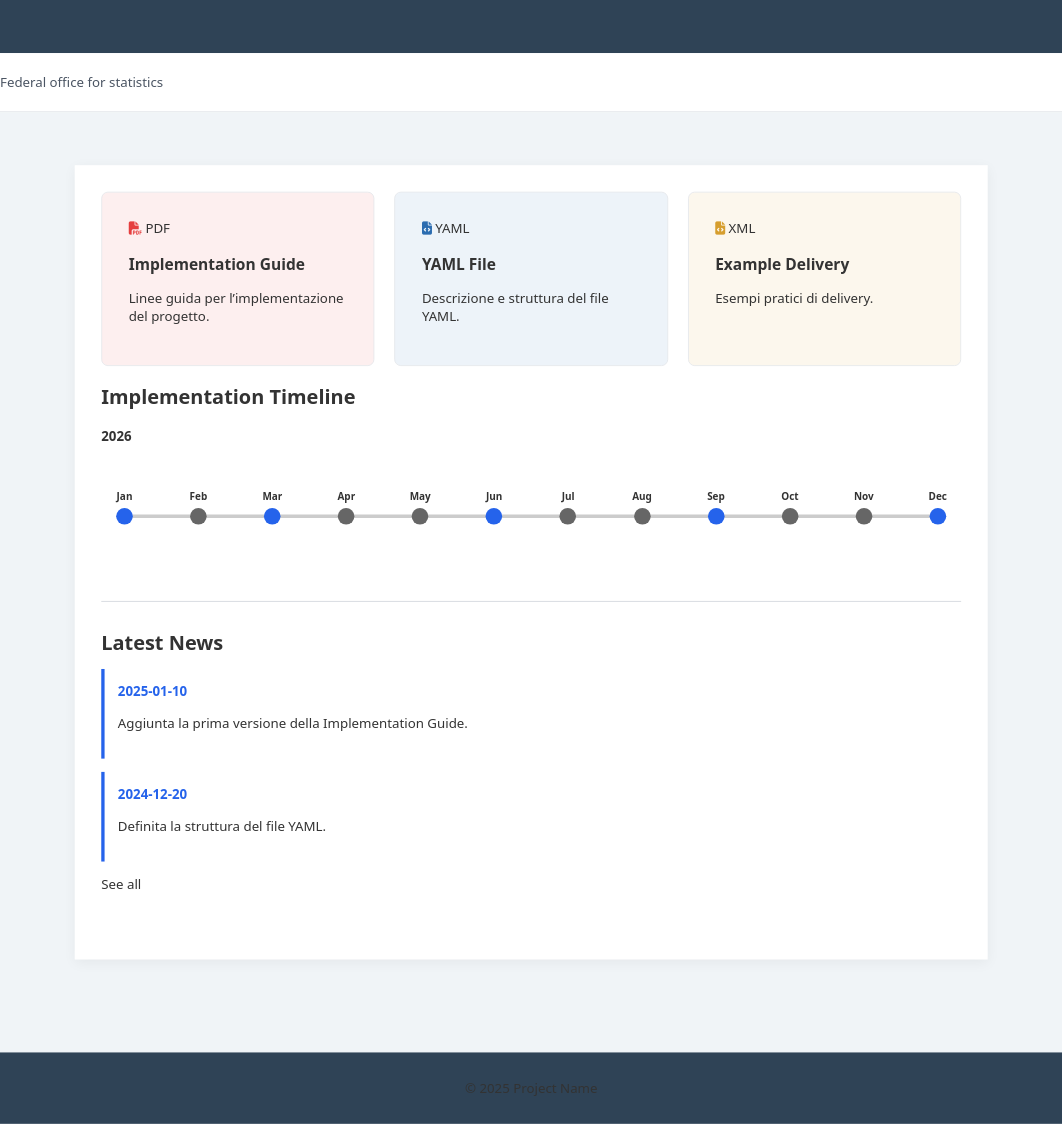
Repository: bfspoku/ech-0252-docs
Page: index.html
The author's editor kept a copy of each file at every save. The page is drawn from the files as they stood at one save, then again after the next save.
The browser window is 1280 px wide. The pictures show the whole page, at 83% of full size.

Above is the page before, as saved 2025-12-17 09:59:42.

### index.html
<!-- LINK FOR FONTS -->
<link rel="preconnect" href="https://fonts.googleapis.com">
<link rel="preconnect" href="https://fonts.gstatic.com" crossorigin>
<link href="https://fonts.googleapis.com/css2?family=Noto+Sans:ital,wght@0,400;0,600;0,700;1,400&display=swap" rel="stylesheet">
<!-- LINK FOR SVG -->
<link rel="stylesheet" href="https://cdnjs.cloudflare.com/ajax/libs/font-awesome/6.5.0/css/all.min.css">

<!DOCTYPE html>
<html lang="it">
<head>
  <meta charset="UTF-8">
  <title>eCH implementation guide</title>
  <link rel="stylesheet" href="css/style.css">
</head>
<body>

<header>

</header>

<section class="sub-banner">
      <p>Federal office for statistics</p>
</section>


<main>
    <section class = "wrapper">

        <!-- CARDS -->
        <section class="cards">
            <a class="card" href="ech-0252-guide.html" style="background-color: #e53e3e15;">
            <i class="fas fa-file-pdf" style="color:#E53E3E;"></i> PDF
            <h3>Implementation Guide</h3>
            <p>Linee guida per l’implementazione del progetto.</p>
            </a>

            <a class="card" href="ech-0252-yaml.html" style="background-color: #2b6bb015;">
            <i class="fas fa-file-code" style="color:#2B6CB0;"></i> YAML
            <h3>YAML File</h3>
            <p>Descrizione e struttura del file YAML.</p>
            </a>

            <a class="card" href="ech-0252-example.html" style="background-color: #D69E2E15;">
            <i class="fas fa-file-code" style="color:#D69E2E;"></i> XML
            <h3>Example Delivery</h3>
            <p>Esempi pratici di delivery.</p>
            </a>
        </section>

        <!-- INFORMATION -->
        <section class="information">

            <h2> Implementation Timeline<h2>
            <p>2026</p>
                <div class="timeline-container">
                    <div class="timeline-line"></div>

                    <div class="months">
                      <div class="month-point">
                        <span class="month-label">Jan</span>
                      </div>
                      <div class="month-point">
                        <span class="month-label">Feb</span>
                      </div>
                      <div class="month-point">
                        <span class="month-label">Mar</span>
                      </div>
                      <div class="month-point">
                        <span class="month-label">Apr</span>
                      </div>
                      <div class="month-point">
                        <span class="month-label">May</span>
                      </div>
                      <div class="month-point">
                        <span class="month-label">Jun</span>
                      </div>
                      <div class="month-point">
                        <span class="month-label">Jul</span>
                      </div>
                      <div class="month-point">
                        <span class="month-label">Aug</span>
                      </div>
                      <div class="month-point">
                        <span class="month-label">Sep</span>
                      </div>
                      <div class="month-point">
                        <span class="month-label">Oct</span>
                      </div>
                      <div class="month-point">
                        <span class="month-label">Nov</span>
                      </div>
                      <div class="month-point">
                        <span class="month-label">Dec</span>
                      </div>
                    </div>
                  </div>


                  <!-- Popup -->
                  <div class="popup" id="popup"></div>

                  <script src="js/script.js"></script>

            <div class="divider"></div>

            <h2>Latest News</h2>

            <ul class="updates">
            <li>
                <span class="date">2025-01-10</span>
                <p>Aggiunta la prima versione della Implementation Guide.</p>
            </li>
            <li>
                <span class="date">2024-12-20</span>
                <p>Definita la struttura del file YAML.</p>
            </li>
            </ul>
            <p>See all</p>
        </section>

    </section>

</main>

<footer>
  <p>© 2025 Project Name</p>
</footer>

</body>
</html>

### css/style.css
body {
    font-family: 'Noto Sans', system-ui, -apple-system, BlinkMacSystemFont,
    'Segoe UI', Roboto, Ubuntu, Cantarell, 'Helvetica Neue',
    Arial, sans-serif;
    margin: 0;
    background: #f0f4f7;
    color: #333;
  }

  header {
    background: #2f4356;
    color: white;
    padding: 2rem;
  }

  /* SUB-BANNER */
  .sub-banner {
    background-color: white;   /* bianco puro */
    padding: 1.5rem 0;         /* verticale */
    border-bottom: 1px solid #e5e7eb; /* linea di separazione */
  }

  .sub-banner h2 {
    margin: 0 0 0.5rem 0;
    font-weight: 600;
    color: #111827;
  }

  .sub-banner p {
    margin: 0;
    color: #4b5563;
    font-size: 16px;
  }

  main {
    padding: 2rem;
    max-width: 1100px;
    margin: auto;
  }

  h1, h2 {
    margin-bottom: 1rem;
  }

  .divider {
    width: 100%;             /* prende tutta la larghezza della wrapper o del container */
    height: 1px;             /* spessore della linea */
    background: #d1d5db;
    margin: 2rem 0;          /* spazio sopra e sotto */
    border: none;
  }

  /* Main wrapper for all the pages */
  .wrapper {
    max-width: 1100px;      /* larghezza massima */
    margin: 2rem auto;      /* centrato orizzontalmente, margine verticale */
    padding: 2rem;          /* spazio interno */
    background-color: #ffffff;  /* bianco-beige chiaro */
    box-shadow: 0 4px 15px rgba(0,0,0,0.05); /* leggero effetto profondità */
  }

  /* INFORMATION */
  .information {
    margin-bottom: 3rem;
  }

  .information p {
    font-size: 16px;
  }

  .updates {
    list-style: none;
    padding: 0;
  }

  .updates li {
    background: white;
    padding: 1rem;
    border-left: 4px solid #2563eb;
    margin-bottom: 1rem;
  }

  .date {
    font-weight: bold;
    color: #2563eb;
  }

  /* CARDS */
  .cards {
    display: grid;
    grid-template-columns: repeat(auto-fit, minmax(250px, 1fr));
    gap: 1.5rem;
  }

  .card {
    background: #e4e5e7;
    padding: 2rem;
    text-decoration: none;
    color: inherit;
    border: 1px solid #e5e7eb;
    border-radius: 8px;
    transition: transform 0.2s, box-shadow 0.2s;
  }

  .card:hover {
    transform: translateY(-5px);
    box-shadow: 0 10px 20px rgba(0,0,0,0.1);
  }

  footer {
    text-align: center;
    padding: 1rem;
    background: #2f4356;
    margin-top: 3rem;
  }

  /* TIMELINE */
  .timeline-container {
    position: relative;
    width: 100%;
    max-width: 1000px;
    margin: auto;
    padding: 60px 0;
  }

  .timeline-line {
    position: absolute;
    top: 50%;
    left: 0;
    width: 100%;
    height: 4px;
    background-color: #ccc;
    border-radius: 2px;
    transform: translateY(-50%);
  }

  .months {
    display: flex;
    justify-content: space-between;
    position: relative;
    z-index: 1;
  }

  .month-point {
    width: 20px;
    height: 20px;
    background-color: #666;
    border-radius: 50%;
    position: relative;
    cursor: default;
  }

  .month-point-active{
      width: 20px;
      height: 20px;
      background-color:  #2563eb;
      border-radius: 50%;
      position: relative;
      cursor: default;
  }

  .month-point-active:hover {
    background-color: #0853f6;
  }

  .month-label {
    position: absolute;
    bottom: 100%;
    left: 50%;
    transform: translateX(-50%);
    font-size: 12px;
    color: #333;
    margin-bottom: 6px;
  }

  /* Eventi dinamici */
  .event {
    position: absolute;
    width: 16px;
    height: 16px;
    background-color: #28a745; /* verde */
    border-radius: 50%;
    top: -8px; /* sopra la linea dei mesi */
    cursor: pointer;
    transform: translateX(-50%);
    z-index: 2;
  }

  #popup {
    position: absolute;
    width: 250px;      /* larghezza quadrata */
    height: 250px;     /* altezza quadrata */
    background: #e4e5e7;
    color: #000;
    display: none;
    text-decoration: none;
    text-align: center;
    padding: 10px;
    box-sizing: border-box;
    pointer-events: none;
    font-size: 14px;
    line-height: 1.4;
    box-shadow: 0 4px 10px rgba(0,0,0,0.1);
    z-index: 100;
    border-radius: 8px;
    border: 1px solid #e5e7eb;
    transition: transform 0.2s, box-shadow 0.2s;
  }

  .popup-line {
    display: block;       /* simula un <br> */
    margin-bottom: 8px;   /* distanza tra le righe */
    color: #333;          /* colore diverso se vuoi */
  }

  .popup-line h1 {
    font-size: 14px;
    font-weight: bold;
  }

  .popup-line p {
    font-size: 12px;
    font-weight: normal;
  }

### js/script.js
const months = document.querySelectorAll('.months .month-point');
const eventsData = [
  { "month": "Jan", "title": "This is a title", "message": "This is an event in January" },
  { "month": "Mar", "title": "This is a title", "message": "Event in March" },
  { "month": "Jun", "title": "This is a title", "message": "Event in June" },
  { "month": "Sep", "title": "This is a title", "message": "Event in September" },
  { "month": "Dec", "title": "This is a title", "message": "Event in December" }
];

const popup = document.getElementById('popup');

// Cicla su tutti i mesi
months.forEach(monthEl => {
  const monthLabel = monthEl.querySelector('.month-label').textContent;

  // Trova eventi per questo mese
  const monthEvents = eventsData.filter(evt => evt.month === monthLabel);

  if (monthEvents.length > 0) {
    // Cambia classe del mese
    monthEl.classList.add('month-point-active');
    monthEl.classList.remove('month-point'); // opzionale

    // Popup al passaggio del mouse
    monthEl.addEventListener('mouseenter', () => {
    popup.innerHTML = monthEvents.map(e =>
      `<div class="popup-line">
        <h1>${e.title}</h1><br>
        <p>${e.message}</p>
      </div>`).join('');
      popup.style.display = 'block';
      const rect = monthEl.getBoundingClientRect();

      // Posizione sotto la timeline
      popup.style.top = rect.bottom + 10 + window.scrollY + 'px'; // 10px sotto il puntino
      popup.style.left = rect.left + rect.width / 2 + window.scrollX + 'px';
      popup.style.transform = 'translateX(-50%)'; // centrato rispetto al mese
    });

    monthEl.addEventListener('mouseleave', () => {
      popup.style.display = 'none';
    });
  }
});

After the next save:
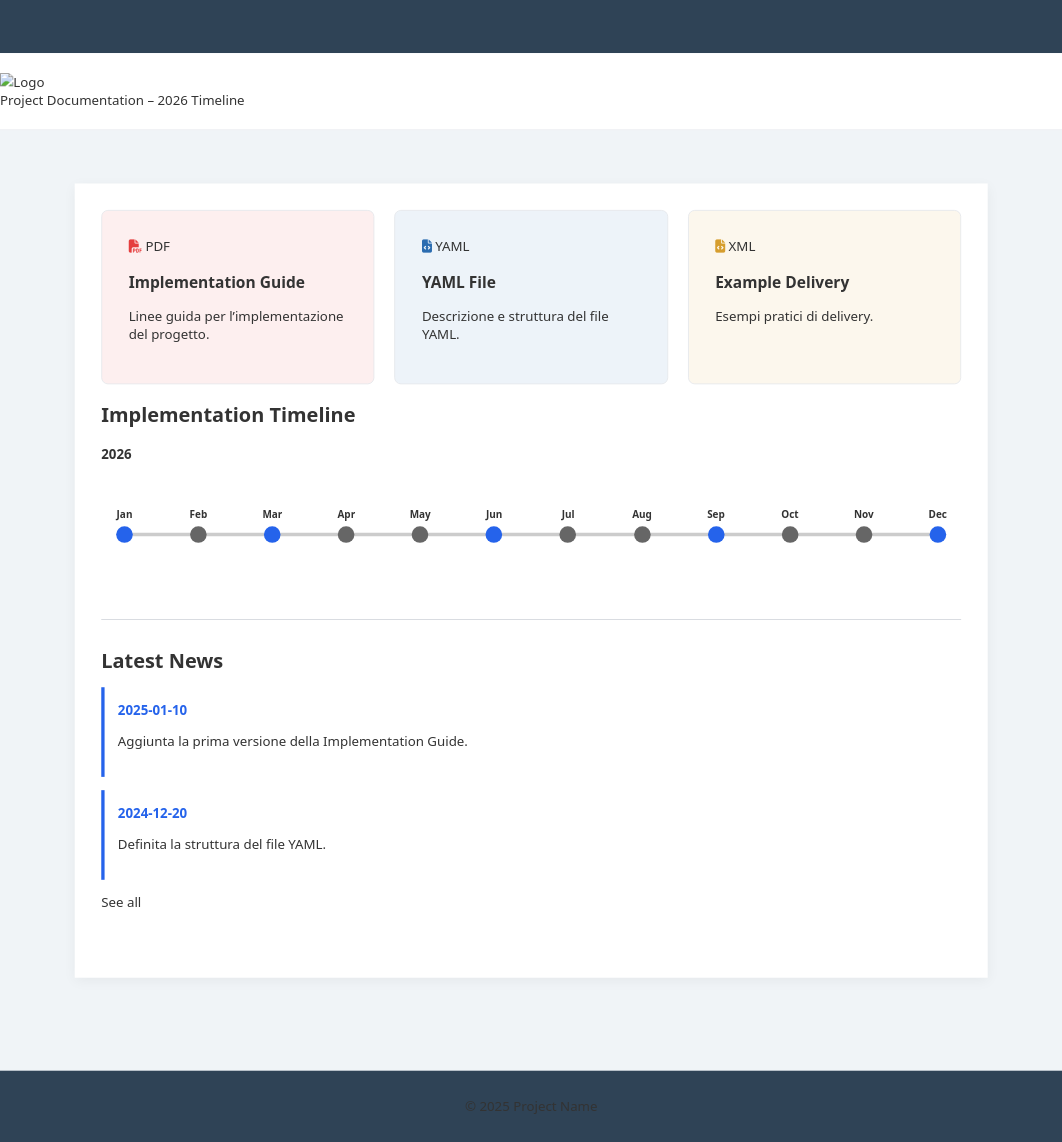
Not found: logo.png
Saved 8 s later.
--- a/index.html
+++ b/index.html
@@ -18,9 +18,17 @@
 
 </header>
 
-<section class="sub-banner">
-      <p>Federal office for statistics</p>
-</section>
+<div class="sub-banner">
+  <div class="sub-banner-content">
+    <img src="logo.png" alt="Logo" class="sub-banner-logo">
+
+    <div class="sub-banner-divider"></div>
+
+    <div class="sub-banner-text">
+      Project Documentation – 2026 Timeline
+    </div>
+  </div>
+</div>
 
 
 <main>
